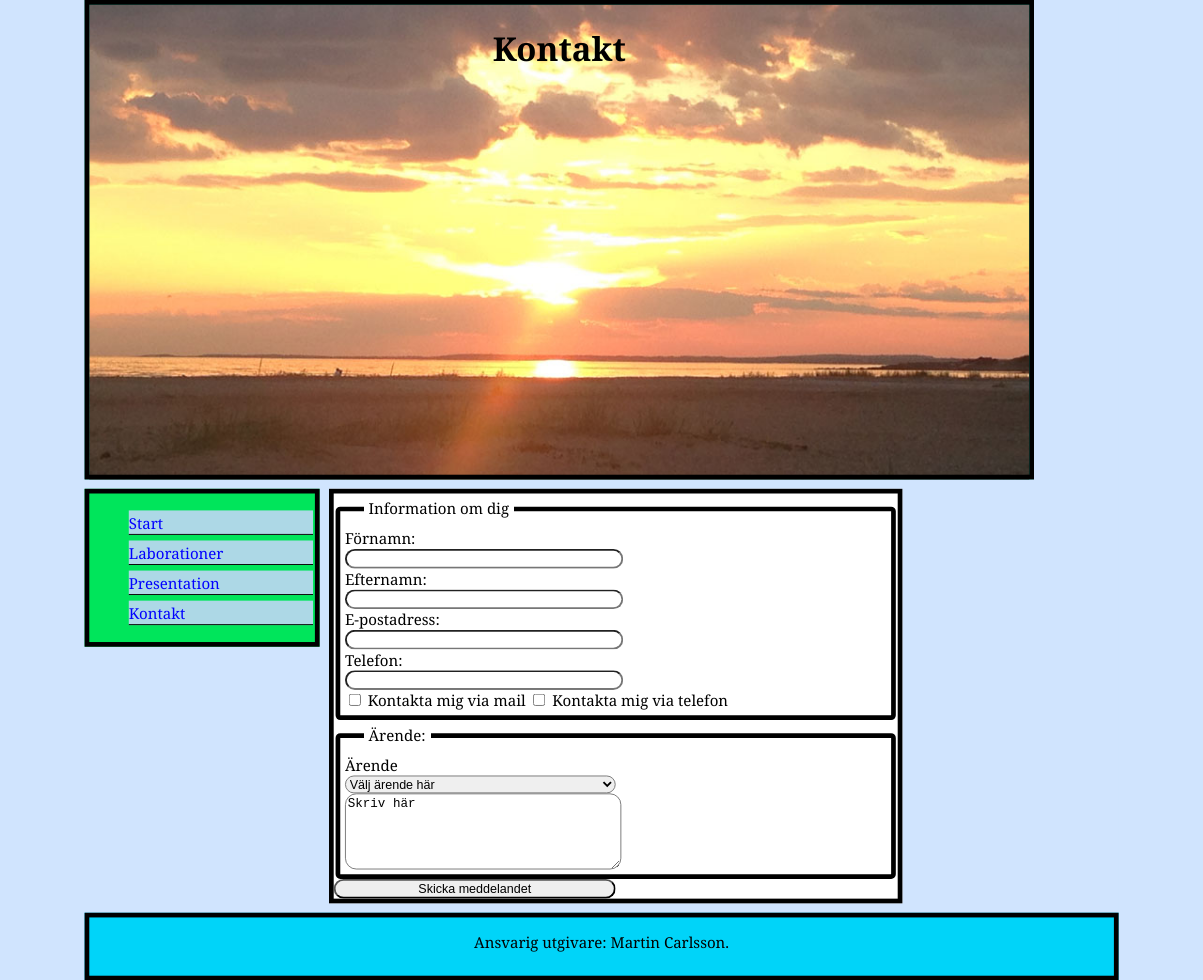
Repository: Martin-Carlsson85/HTML-och-CSS
Page: pages/kontakt.html
The author's editor kept a record of every edit. The page is drawn from the files as they stood at one moment, then again after the next edit.
The browser window is 1280 px wide. The pictures show the whole page, at 94% of full size.

Above is the page before.

After the next edit:
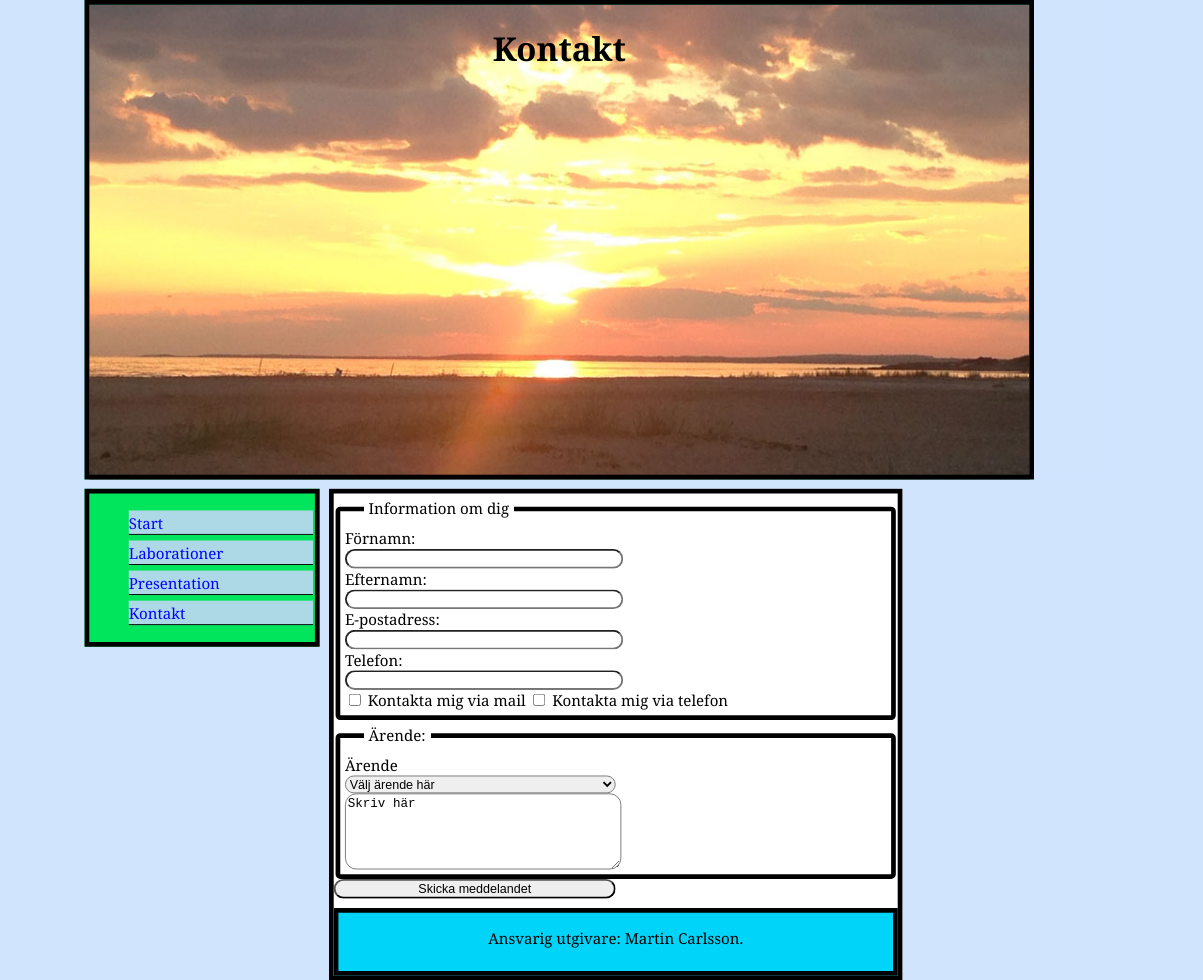
The edit:
--- a/pages/kontakt.html
+++ b/pages/kontakt.html
@@ -35,6 +35,7 @@
 
          <div class="content">
 
+        <div class="form">
         <form id="form" name="form" method="post" action="http://voyager.lnu.se/tekinet/kurser/dtt/wp_webbintro/form.php">
 
             <fieldset>

After the edit that followed:
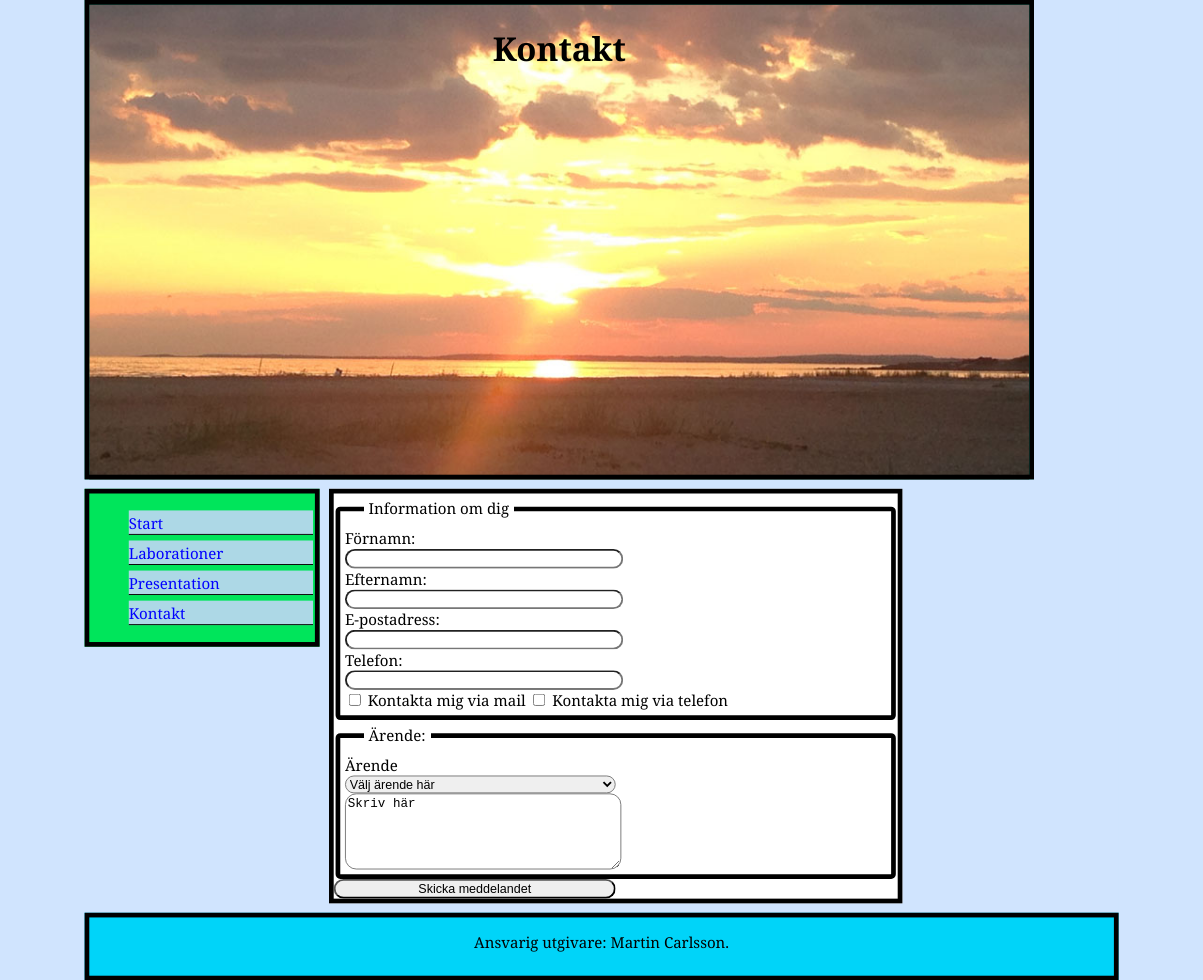
The edit:
--- a/pages/kontakt.html
+++ b/pages/kontakt.html
@@ -83,6 +83,8 @@
 
         </div>
 
+        </div>
+
         <div class="clear"></div>
 
          <div class="footer">
